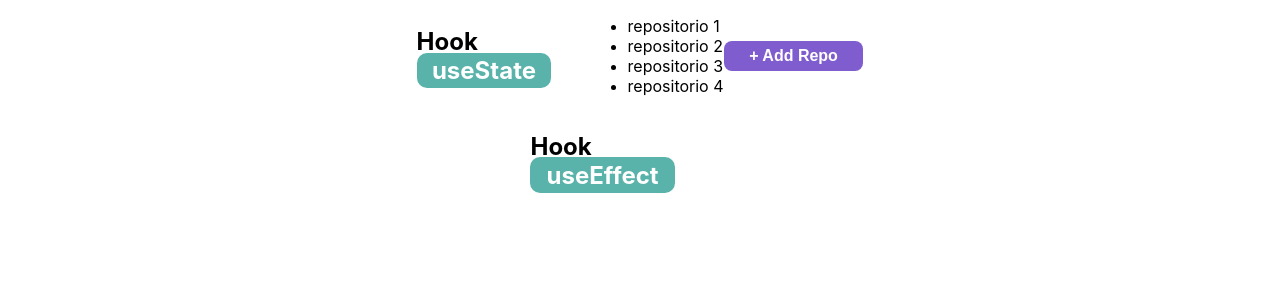
Repository: thiagolucio/react-hooks-use
Page: /
The author's editor kept a copy of each file at every save. The page is drawn from the files as they stood at one save, then again after the next save.
The browser window is 1280 px wide. The pictures show the whole page.
The project was rebuilt for these pictures with package versions that can differ from the ones it lists, and the page was loaded fresh each time.

Above is the page before, as saved 2022-03-08 22:48:12.

### src/index.css
body {
  margin: 0;
  padding: 0;
  overflow-x: hidden;
  font-family: -apple-system, BlinkMacSystemFont, 'Segoe UI', 'Roboto', 'Oxygen',
    'Ubuntu', 'Cantarell', 'Fira Sans', 'Droid Sans', 'Helvetica Neue',
    sans-serif;
  -webkit-font-smoothing: antialiased;
  -moz-osx-font-smoothing: grayscale;
}

code {
  font-family: source-code-pro, Menlo, Monaco, Consolas, 'Courier New',
    monospace;
}

.container_column_center {
  display: flex;
  flex-direction: column;
  justify-content: flex-start;
  align-items: center;
}

.container_row_center {
  display: flex;
  flex-direction: row;
  justify-content: flex-start;
}


.font18px {font-size: 18px;}
.font20px {font-size: 20px;}
.font22px {font-size: 22px;}
.font24px {font-size: 24px;}

### src/App.js
import React from "react";
import './App.css';

import UseStateExample from "./Components/UseStateExample";
import UseEffectExample from "./Components/UseEffectExample";



function App() {
  return (
    <div className="container-row">
    <div className="cinquenta">
      <UseStateExample />
    </div>
    <div className="cinquenta">
      <UseEffectExample/>
    </div>
    </div>
  );
}

export default App;

### src/App.css
.container {
    display: flex;
    align-items: center;
    justify-content: center;
}

.cinquenta {
    width: 50%;
    height: auto;
    margin: auto;
}

### src/Components/UseStateExample.js
import React, { useState } from "react";
import "./UseStateExample.css";

function UseStateExample() {

  const [repositories, setRepositories] = useState([
    { id: 1, name: "repositorio 1" },
    { id: 2, name: "repositorio 2" },
    { id: 3, name: "repositorio 3" },
    { id: 4, name: "repositorio 4" },
  ]);

    function handleAddRepo() {

        let numName  = repositories.length + 1;

        setRepositories([...repositories, { id: Math.random(), name: "repositorio " + numName}]);
    }

  return (
    <div className="container">
      <h2>Hook <span className="badge-title">useState</span></h2>
      <ul>
        {repositories.map((repo) => (
          <li key={repo.id}>{repo.name}</li>
        ))}
      </ul>
      <button className="buttonApp" onClick={handleAddRepo}>+ Add Repo</button>
    </div>
  );
}

export default UseStateExample;

### src/Components/UseEffectExample.js
import React, { useState } from "react";
import "./UseStateExample.css";

function UseEffectExample() {

  const [repositories, setRepositories] = useState([]);

    function handleAddRepo() {

    }

  return (
    <div className="container">
      <h2>Hook <span className="badge-title">useEffect</span></h2>
      <ul>
        {repositories.map((repo) => (
          <li key={repo.id}>{repo.name}</li>
        ))}
      </ul>
    </div>
  );
}

export default UseEffectExample;

### src/Components/UseStateExample.css
.buttonApp {
    font-size: 16px;
    padding: 1% 4%;
    background-color: #7f5dce;
    border: 2px solid #7f5dce;
    color: #fff;
    font-weight: bold;
    border: none;
    border-radius: 8px;
    height: 30px;
}

.buttonApp:hover {
    background-color: white;
    border: 2px solid #7f5dce;
    color: #7f5dce;
    transition: all 0.2s ease-in;
    cursor: pointer;
}

.buttonApp:click {
    background-color: 45336e;
    border: 2px solid #45336e;
    color: #7f5dce;
    transition: all 0.2s ease-in;
    cursor: pointer;
}

.badge-title {
    font-size: 24px;
    padding: 2% 9%;
    background-color: #59b3ab;
    color: #fff;
    font-weight: bold;
    border: none;
    border-radius: 10px;
}

Loaded but not shown: public/index.html (common file); src/index.js (common file); src/reportWebVitals.js (common file)

After the next save:
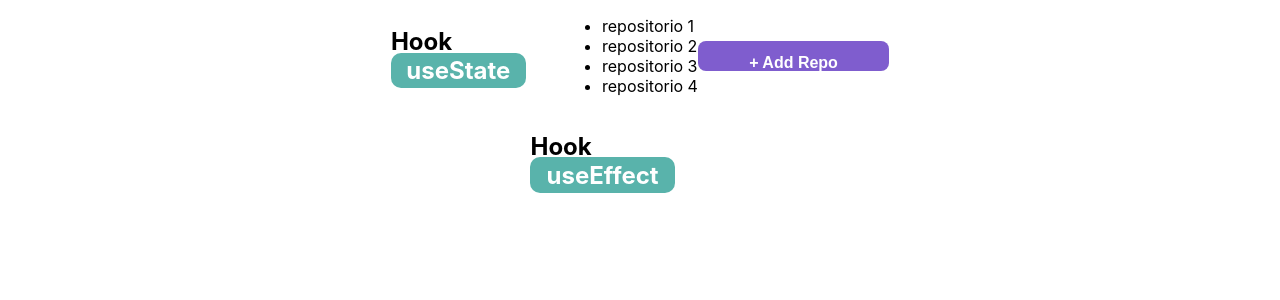
Saved 24 s later.
--- a/src/App.css
+++ b/src/App.css
@@ -3,9 +3,3 @@
     align-items: center;
     justify-content: center;
 }
-
-.cinquenta {
-    width: 50%;
-    height: auto;
-    margin: auto;
-}
